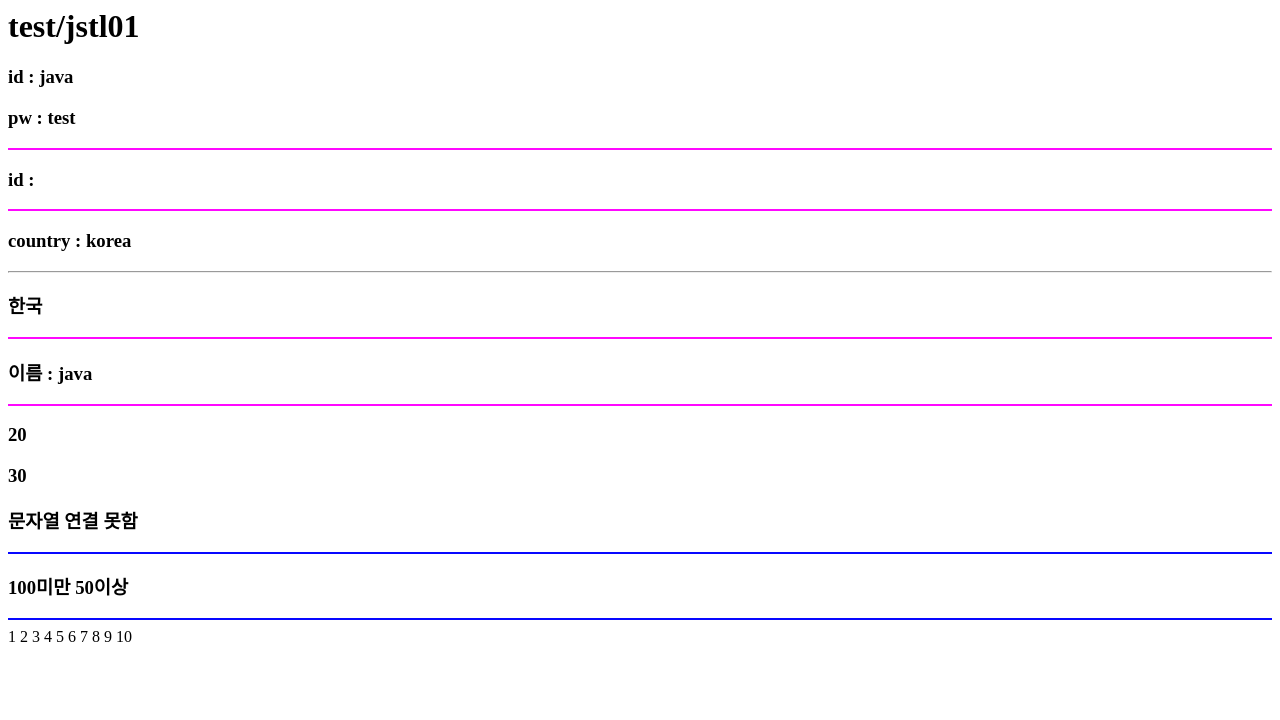
Repository: khsik/Woori-Computer-Academy
Page: http://localhost/mvc/WEB-INF/views/test/jstl01.jsp
These files come from the project's save history. The page is drawn as it stood at one moment and after the next save; the edit follows.
The browser window is 1280 px wide. The pictures show the whole page.
The page is served by Tomcat 9. Nobody is signed in. Other server files are loaded and not shown. The template is opened directly, without the code that normally fills it, so the values that code supplies are empty.

Above is the page before, as saved 2024-05-13 05:45:56.

### mvc/src/main/webapp/WEB-INF/views/test/jstl01.jsp
<%@ page language="java" contentType="text/html; charset=UTF-8"
    pageEncoding="UTF-8"%>
<%@ taglib prefix="c" uri="http://java.sun.com/jsp/jstl/core" %>
<%@ taglib prefix="fmt" uri="http://java.sun.com/jsp/jstl/fmt" %>

<h1>test/jstl01</h1>
<c:set var="id" value="java"></c:set>
<c:set var="pw" value="test"/>
<h3>id : ${id}</h3>
<h3>pw : ${pw}</h3>

<hr color="#ff08ff">
<c:remove var="id"/>
<h3>id : ${id}</h3>


<hr color="#ff08ff">
<c:set var="country" value="korea"/>

<c:if test="${country != null}">
	<h3>country : ${country}</h3>
</c:if>

<c:if test="${country == null}">
	<h3>나라 없음</h3>
</c:if>
<hr>
<c:if test="${country == 'korea'}">
	<h3>한국</h3>
</c:if>

<hr color="#ff08ff">
<c:set var="name" value="java" />
<c:if test="${ name != null}">
	<h3>이름 : ${ name }</h3>
</c:if>

<c:if test="${ name == null }">
	<h3>이름 없음</h3>
</c:if>

<hr color="#ff08ff">
<h3>${ 10+10 }</h3>
<h3>${ "10"+'10'+10 }</h3>
<h3>문자열 연결 못함</h3>

<hr color="#0808ff">
<c:set var="count" value="55"/>
<h3>
<c:choose>
	<c:when test="${ count >= 100 }">100이상</c:when>
	<c:when test="${ count >= 50 }">100미만 50이상</c:when>
	<c:when test="${ count >= 0 }">50미만 0이상</c:when>
</c:choose>
</h3>

<hr color="#0808ff">
<c:forEach var="i" begin="1" end="10" step="1">
	${i}
</c:forEach>

After the next save:
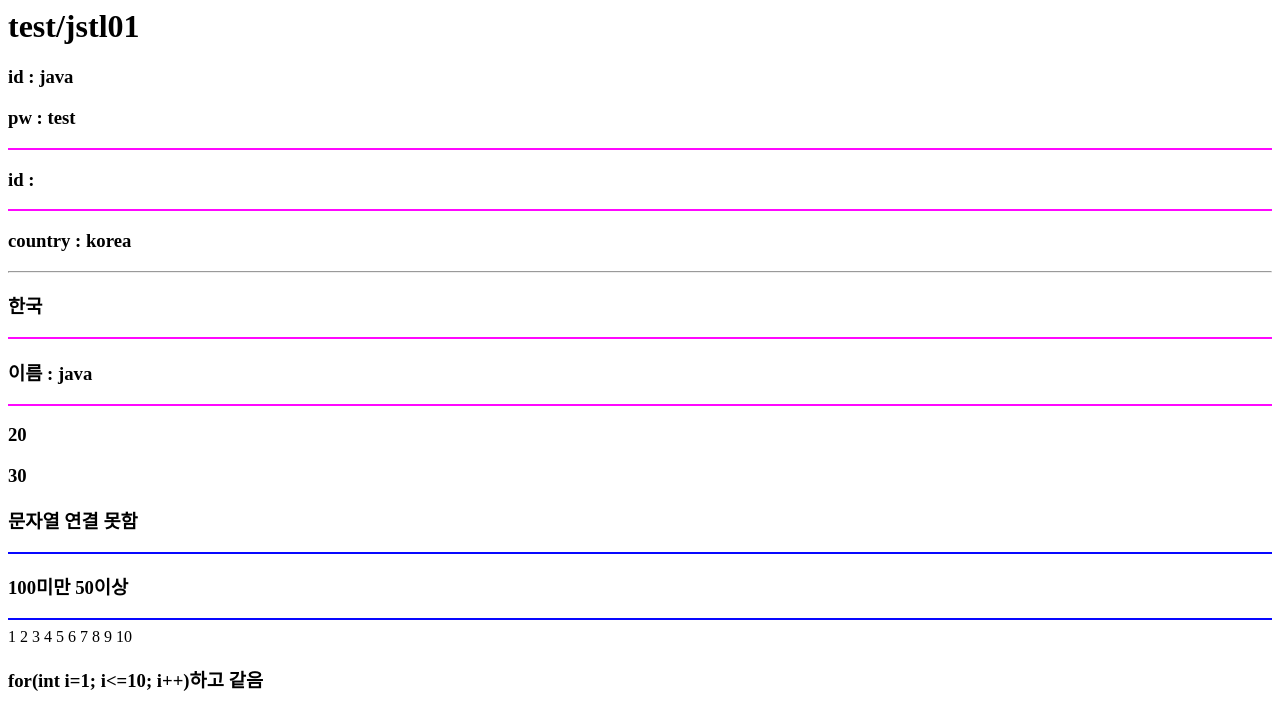
Saved 37 s later.
--- a/mvc/src/main/webapp/WEB-INF/views/test/jstl01.jsp
+++ b/mvc/src/main/webapp/WEB-INF/views/test/jstl01.jsp
@@ -58,3 +58,4 @@
 <c:forEach var="i" begin="1" end="10" step="1">
 	${i}
 </c:forEach>
+<h3>for(int i=1; i&lt;=10; i++)하고 같음</h3>
